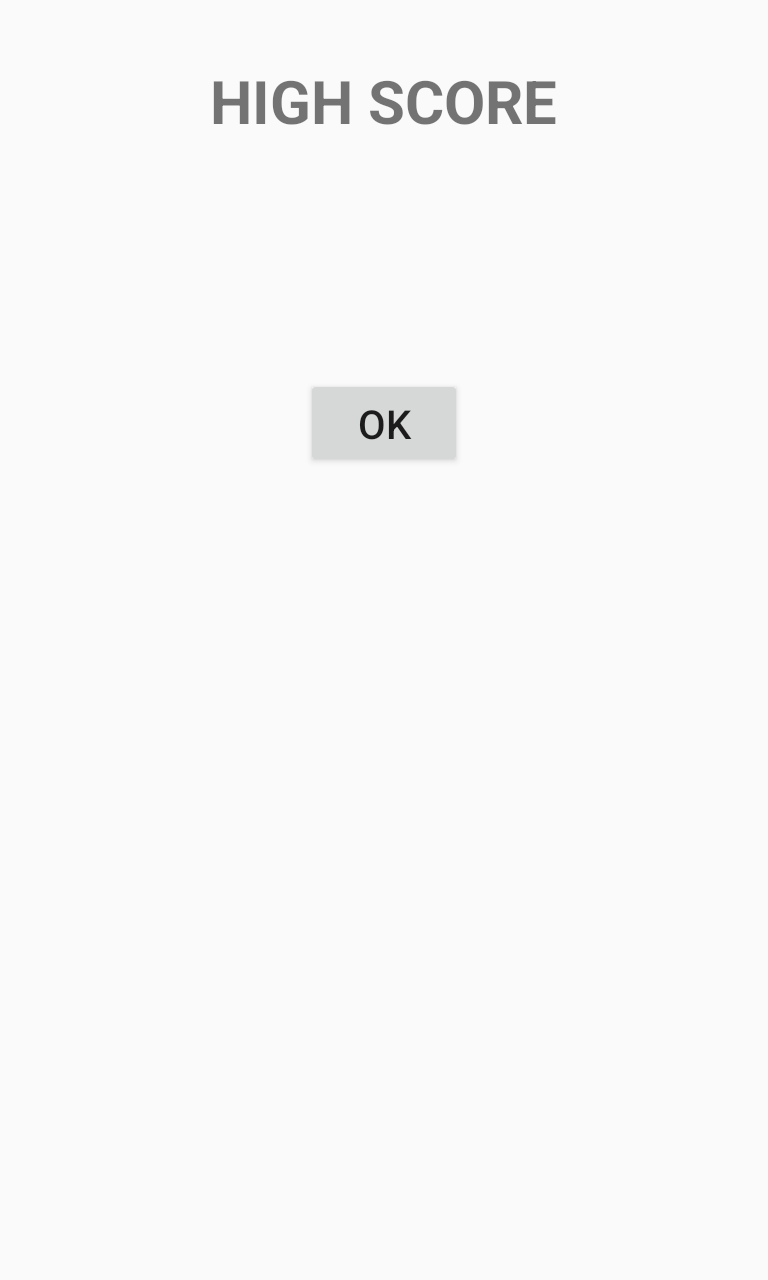
Repository: JoanneCaroll/Mathbomb
Layout: MathBomb/res/layout/activity_highscore.xml
These files come from the project's save history. The layout is drawn as it stood at one moment and after the next save; the edit follows.
It is drawn on a 768 x 1280 px phone screen (xhdpi) without system bars, with theme AppTheme; the app's code is not run.

Above is the layout before, as saved 2014-11-12 11:19:46.

### MathBomb/res/layout/activity_highscore.xml
<?xml version="1.0" encoding="utf-8"?>
<LinearLayout
    xmlns:android="http://schemas.android.com/apk/res/android"
    android:layout_width="match_parent"
    android:layout_height="match_parent"
    android:orientation="vertical" >

    <TextView
        android:paddingTop="30dp"
        android:paddingBottom="30dp"
        android:layout_gravity="center"
        android:id="@+id/highscoreshow"
        android:layout_width="wrap_content"
        android:layout_height="wrap_content"
        android:textSize="30dp"
        android:textStyle="bold"
        android:text="@string/highscoretitle" />

    <LinearLayout
        android:layout_width="match_parent"
        android:layout_height="wrap_content"
        android:orientation="horizontal"
        android:gravity="center"
        android:paddingBottom="50dp" >

        <TextView
            android:id="@+id/score"
            android:layout_width="wrap_content"
            android:layout_height="wrap_content"
            android:textSize="20dp"
            android:paddingRight="50dp" />
        <TextView
            android:id="@+id/date"
            android:layout_width="wrap_content"
            android:layout_height="wrap_content"
            android:textSize="20dp"
            android:padding="5dp" />

   </LinearLayout>

   <Button
        android:layout_gravity="center"
       	android:id="@+id/ok_highscore"
        android:layout_width="80dp"
        android:layout_height="wrap_content"
        android:textSize="20dp"
        android:text="@string/ok"
        android:padding="10dp" />

</LinearLayout>

### MathBomb/res/values/strings.xml
<?xml version="1.0" encoding="utf-8"?>
<resources>

    <string name="app_name">MathBomb</string>
    <string name="action_settings">Settings</string>
    <string name="score">Score: </string>
    <string name="timeleft">Time Left: </string>
    <string name="highscore">High Score: </string>
    <string name="highscoretitle">HIGH SCORE</string>
    <string name="ok">Ok</string>
	<string name="setRange">Choose Range of Numbers: </string>

	<string name="menuplay">Play!</string>
	<string name="menuhighscore">High Score</string>
	<string name="menuhowtoplay">How to Play</string>
	<string name="menusettings">Settings</string>
	<string name="menuexit">Exit</string>

</resources>

Loaded but not shown: MathBomb/res/values/styles.xml (common file); MathBomb/res/values-v11/styles.xml (common file); MathBomb/res/values-v14/styles.xml (common file)

After the next save:
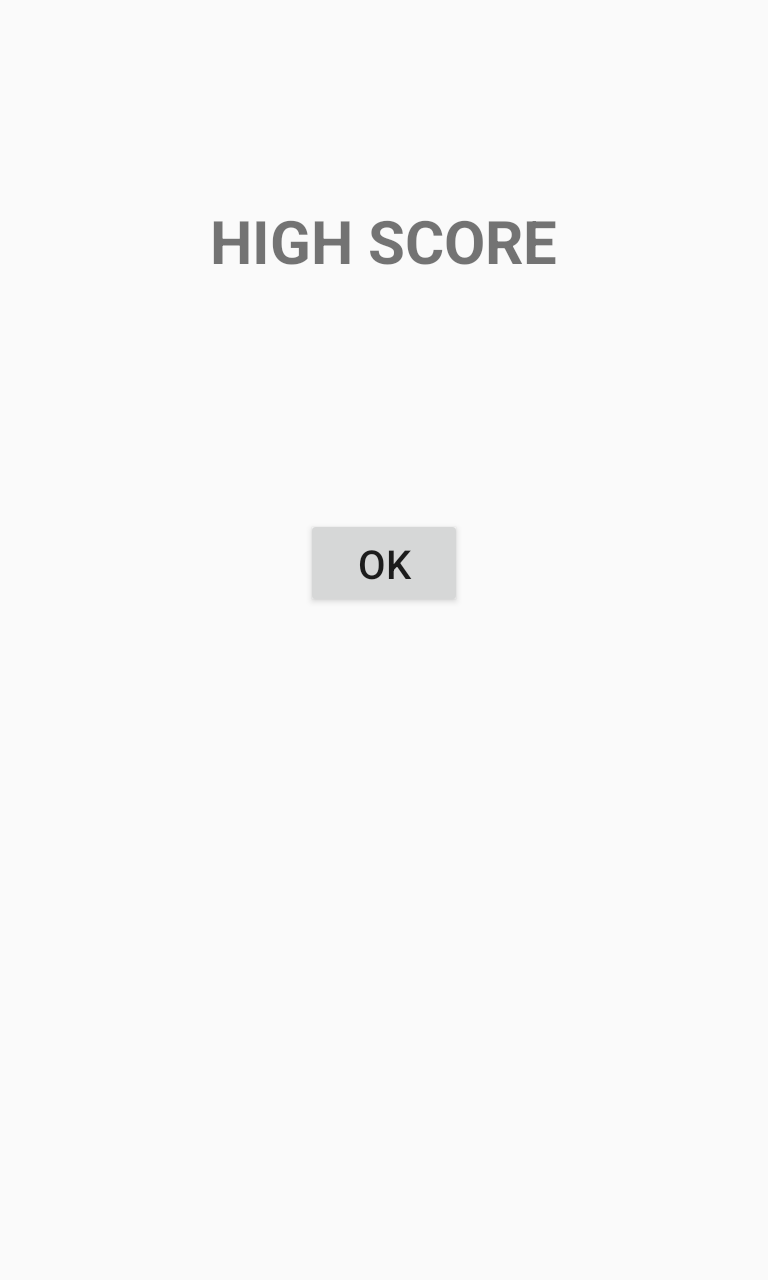
Saved 17 s later.
--- a/MathBomb/res/layout/activity_highscore.xml
+++ b/MathBomb/res/layout/activity_highscore.xml
@@ -6,7 +6,7 @@
     android:orientation="vertical" >
 
     <TextView
-        android:paddingTop="30dp"
+        android:paddingTop="100dp"
         android:paddingBottom="30dp"
         android:layout_gravity="center"
         android:id="@+id/highscoreshow"
